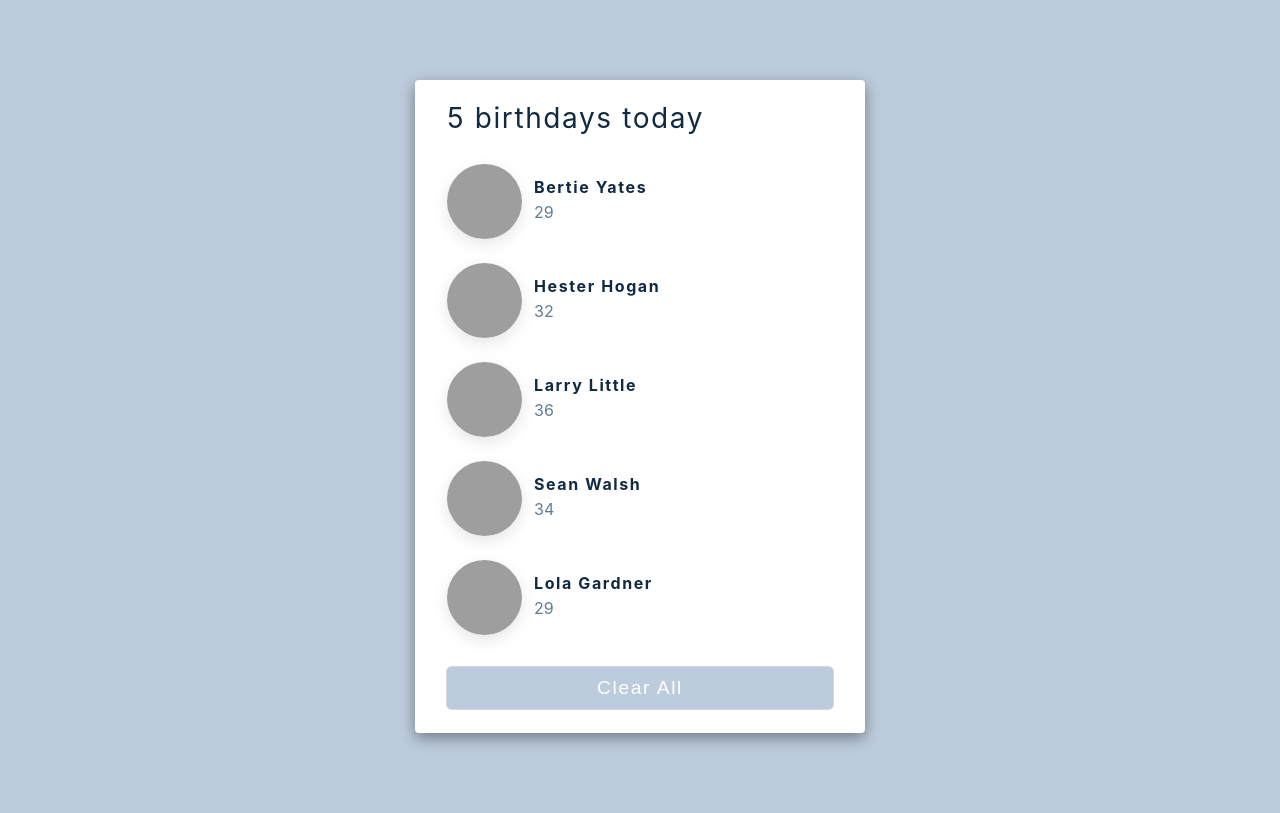
Repository: smit1298/Birthday-Reminder
Page: /
An editor plug-in stored every save of this project. The page is shown before and after a run of saves, followed by the edit.
The browser window is 1280 px wide. The pictures show the whole page.
Pictures or frames that could not be fetched are drawn as grey boxes. The project was rebuilt for these pictures with package versions that can differ from the ones it lists, and the page was loaded fresh each time.

Above is the page before, as saved 2022-05-15 23:55:11.

After the next 2 saves:
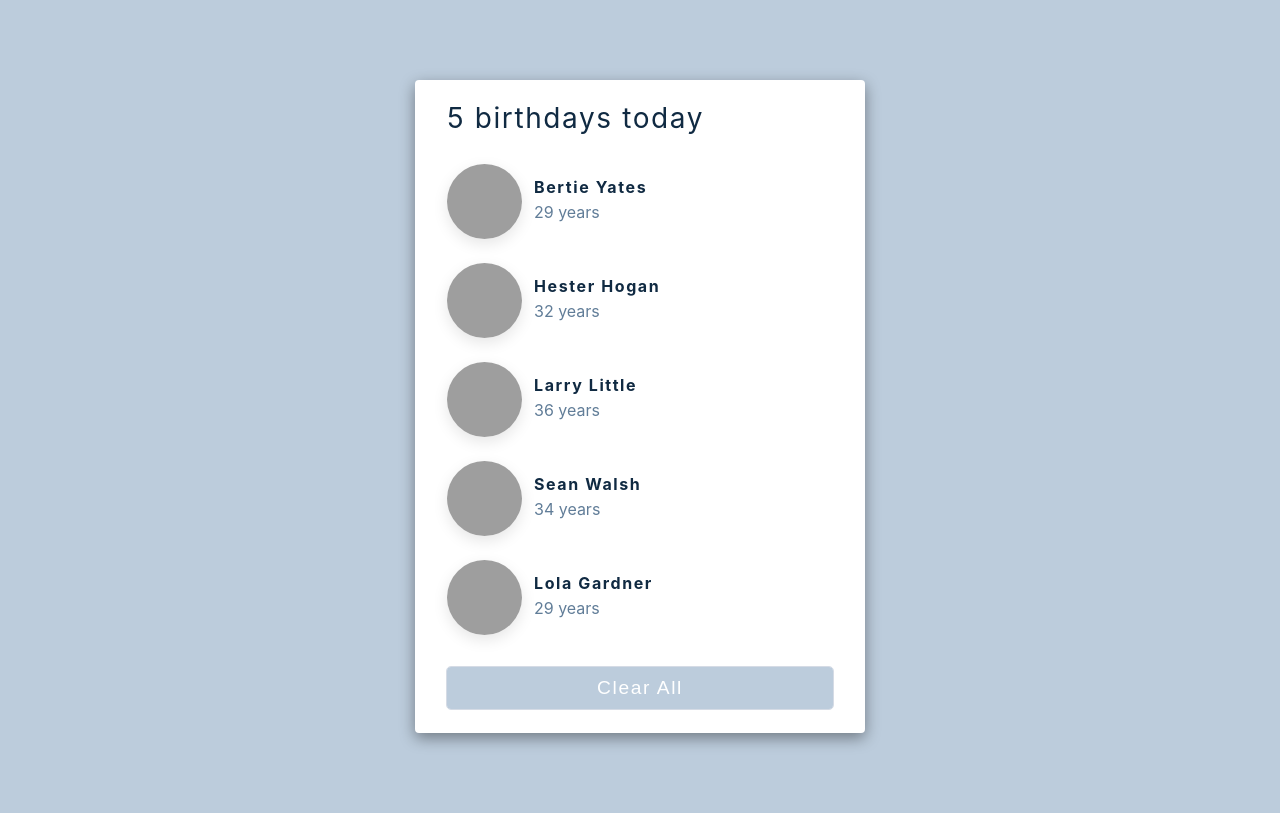
The 2 saves are shown as one change because they came seconds apart.
The last was saved 28 s later.
--- a/src/List.js
+++ b/src/List.js
@@ -9,7 +9,7 @@ const List = ({ people }) => {
           <img src={image} alt={name} />
           <div>
             <h4>{name}</h4>
-            <p>{age}</p>
+            <p>{age} years</p>
           </div>
         </article>;
       })}
